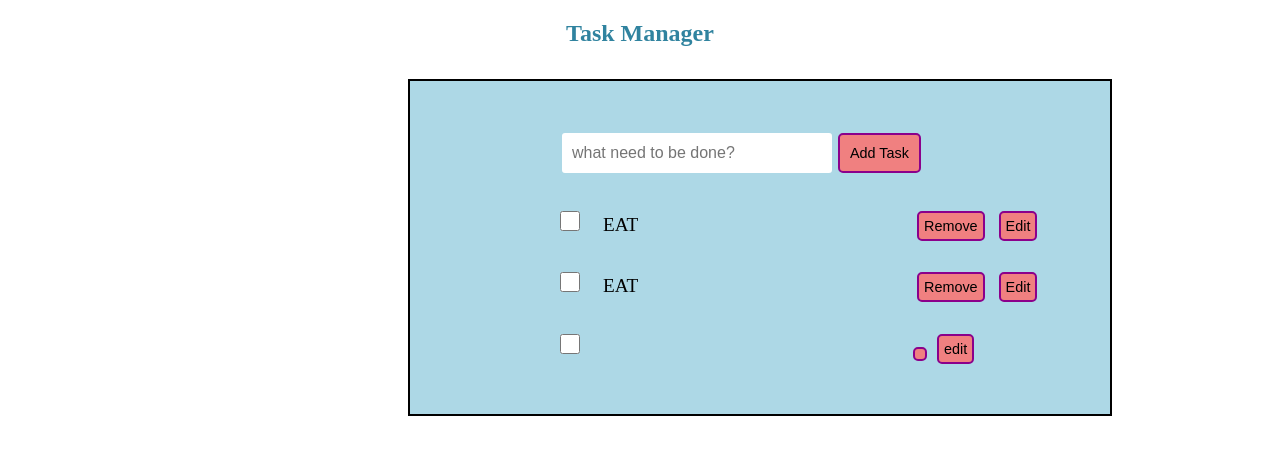
Repository: sristigupta04/basic-js-project
Page: todo app/title.html
The author's editor kept a copy of each file at every save. The page is drawn from the files as they stood at one save, then again after the next save.
The browser window is 1280 px wide. The pictures show the whole page.

Above is the page before, as saved 2025-11-01 20:58:33.

### todo app/title.html
<!DOCTYPE html>
<html lang="en">
<head>
    <meta charset="UTF-8">
    <meta name="viewport" content="width=device-width, initial-scale=1.0">
    <title>Todo App</title>
    <link rel="stylesheet" href="title.css"/>
</head>
<body>
    <h2> Task Manager</h2>
    <div class="contain">
        <input type="text" id="new" placeholder="what need to be done?"></input>
        <button>Add Task</button>

        <div class="row">

             <input type="checkbox" id="addinput"><p> EAT</p> <button>Remove</button> <button>Edit</button>
            <input type="checkbox"><p> EAT</p> <button>Remove</button> <button>Edit</button>

        </div>
    </div>
    <script src="title.js"></script>
</body>
</html>

### todo app/title.css
.body{

    text-align: center;
    font-family: 'Trebuchet MS', 'Lucida Sans Unicode', 'Lucida Grande', 'Lucida Sans', Arial, sans-serif;
    margin:0;
    padding: 0;
}

h2{
color:rgb(48, 131, 159);
margin-top: 20px;
justify-content: center;
display: flex;
}
.contain{
 border: 2px solid black;
 width:600px;
 height: auto;
 margin-left: 400px;
 margin-top: 2rem;
 padding: 50px;
 background-color:lightblue;
}
.contain input{
    width:250px;
    height: 20px;
    padding: 10px;
    font-size: 1rem;
     border:2px solid lightblue;
     border-radius: 5px;
     outline: none;
     margin-left: 100px;

}
.contain button{
     padding:  10px;
       font-size:0.90rem;
       border:2px solid darkmagenta;
border-radius: 5px;
background-color: lightcoral;
color:black;
}

.row{
    margin-top: 20px;
    text-align: left;
}

.row p{
    display: inline-block;
    margin-left: 20px;
    font-size: 1.2rem;
    width: 300px;
}
.row button{
    margin-left: 10px;
    padding: 5px;
    font-size: 0.9rem;
    border: 2px solid darkmagenta;
    border-radius: 5px;
    background-color: lightcoral;
    color:black;
}

.row input{
    width: 20px;
    height: 20px;
}

### todo app/title.js
// // ====== Selecting DOM elements ======
// const input = document.getElementById("new");
// const addButton = document.querySelector(".contain button");
// const row = document.querySelector(".row");

// // ====== Event Listener ======
// addButton.addEventListener("click", addTask);

// // ====== Function to Add a Task ======
// function addTask() {
//     const taskText = input.value.trim();

//     if (taskText === "") {
//         alert("Please enter a task!");
//         return;
//     }

//     // Create new task container
//     const taskDiv = document.createElement("div");
//     taskDiv.classList.add("task-item");

//     // Create task content
//     taskDiv.innerHTML = `
//         <input type="checkbox">
//         <p>${taskText}</p>
//         <button class="removeBtn">Remove</button>
//         <button class="editBtn">Edit</button>
//     `;

//     // Append to main row
//     row.appendChild(taskDiv);
//     input.value = "";

//     // Attach functionality
//     attachTaskFunctions(taskDiv);
// }

// // ====== Attach Remove, Edit, and Checkbox Features ======
// function attachTaskFunctions(taskDiv) {
//     const removeBtn = taskDiv.querySelector(".removeBtn");
//     const editBtn = taskDiv.querySelector(".editBtn");
//     const checkbox = taskDiv.querySelector("input[type='checkbox']");
//     const taskText = taskDiv.querySelector("p");

//     // Remove Task
//     removeBtn.addEventListener("click", () => removeTask(taskDiv));

//     // Edit Task
//     editBtn.addEventListener("click", () => editTask(taskText));

//     // Checkbox Functionality
//     checkbox.addEventListener("change", () => toggleTaskStatus(checkbox, taskText));
// }

// // ====== Remove Task ======
// function removeTask(taskDiv) {
//     taskDiv.remove();
// }

// // ====== Edit Task ======
// function editTask(taskTextElement) {
//     const currentText = taskTextElement.textContent;
//     const newText = prompt("Edit your task:", currentText);
//     if (newText !== null && newText.trim() !== "") {
//         taskTextElement.textContent = newText.trim();
//     }
// }

// // ====== Toggle Checkbox (mark done) ======
// function toggleTaskStatus(checkbox, taskTextElement) {
//     if (checkbox.checked) {
//         taskTextElement.style.textDecoration = "line-through";
//         taskTextElement.style.color = "gray";
//     } else {
//         taskTextElement.style.textDecoration = "none";
//         taskTextElement.style.color = "black";
//     }
// }
let input = document.getElementById("new");
let addbtn = document.querySelector(".contain button");
let row = document.querySelector(".row");

addbtn.addEventListener("click", function()  {
    if(input.value.trim() === "")
    alert("enter the tassk");
return;
})
//add
let item =document.createElement("div");
item.classList.add("task");


//checkbox
let checkbox = document.createElement("input");
checkbox.type = "checkbox";


//task add
let task = document.createElement("p");
task.innertext = input.value;

//delete

let del = document.createElement("button");
del.innertext = "remove";

//edit

let edit = document.createElement("button");
edit.innerText ="edit";



item.appendChild(checkbox);
    item.appendChild(task);
    item.appendChild(del);
    item.appendChild(edit);
    row.appendChild(item);

    input.value = "";

    del.addEventListener("click", function(){
        row.removeChild(item);
    });

After the next save:
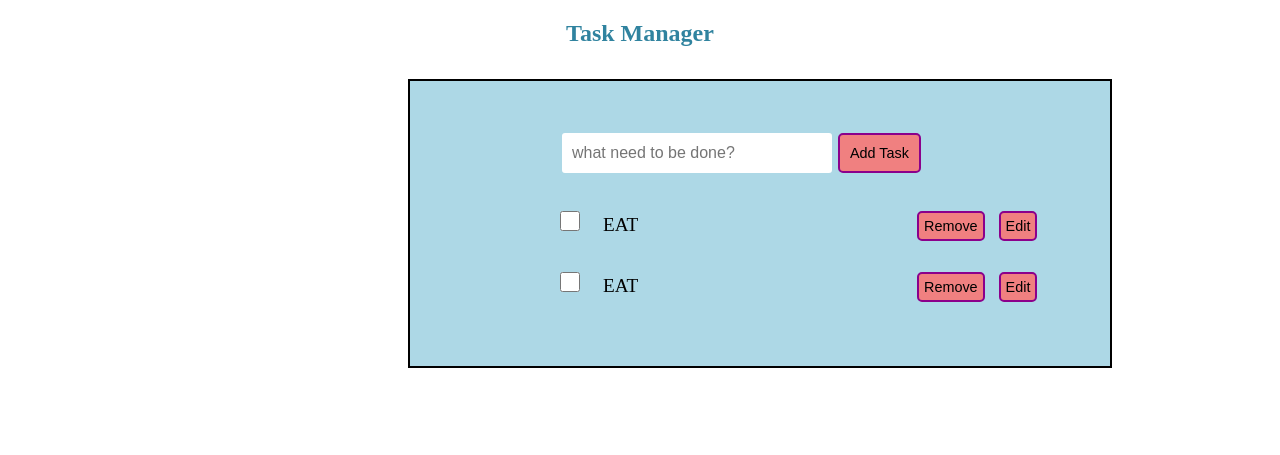
Console error: SyntaxError: Unexpected token ')'
Saved 78 s later.
--- a/todo app/title.js
+++ b/todo app/title.js
@@ -122,3 +122,8 @@ item.appendChild(checkbox);
     del.addEventListener("click", function(){
         row.removeChild(item);
     });
+
+    edit.addEventListener("click", function() {
+        let text = prompt("edit your task", task.innertext);
+        if()
+    })

After the 2 saves that followed:
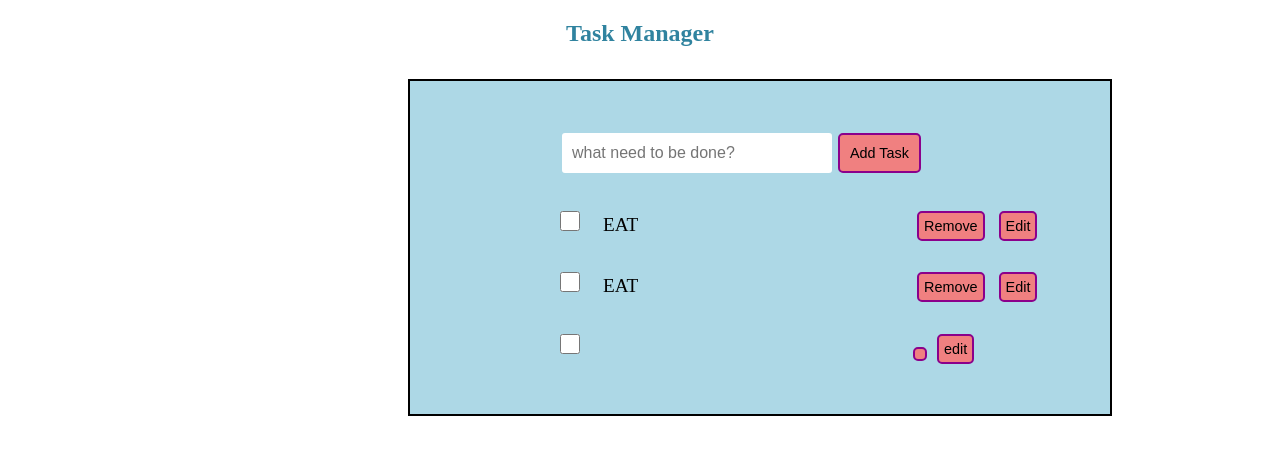
The error is gone.
The 2 saves are shown as one change because 1 left the picture as it was.
The last was saved 72 s later.
--- a/todo app/title.js
+++ b/todo app/title.js
@@ -125,5 +125,8 @@ item.appendChild(checkbox);
 
     edit.addEventListener("click", function() {
         let text = prompt("edit your task", task.innertext);
-        if()
-    })
+        if(text != null && text.trim() !== ""){
+            task.innertext = text;
+
+        };
+    });
